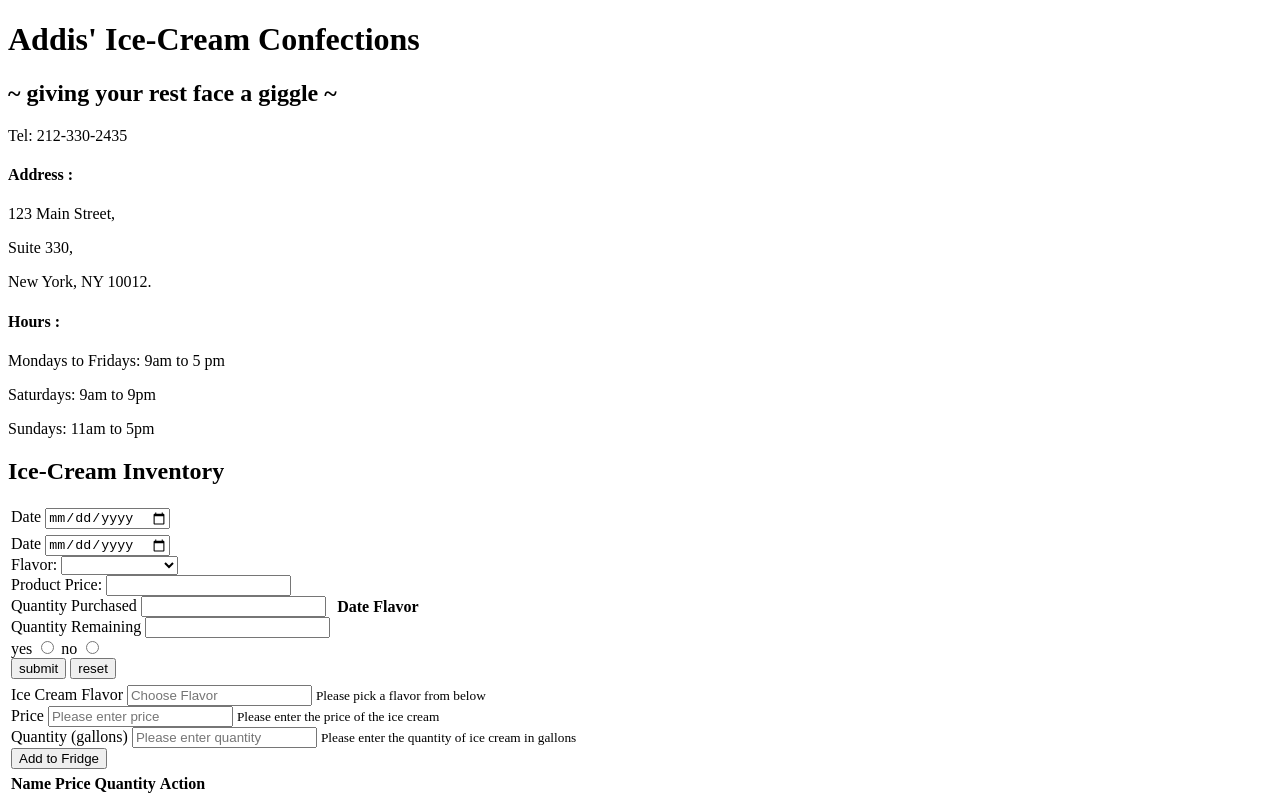
Repository: addisjackson/inventory-web-application
Page: index.html
An editor plug-in stored every save of this project. The page is shown before and after a run of saves, followed by the edit.
The browser window is 1280 px wide. The pictures show the whole page.

Above is the page before, as saved 2023-07-05 18:10:40.

After the next 4 saves:
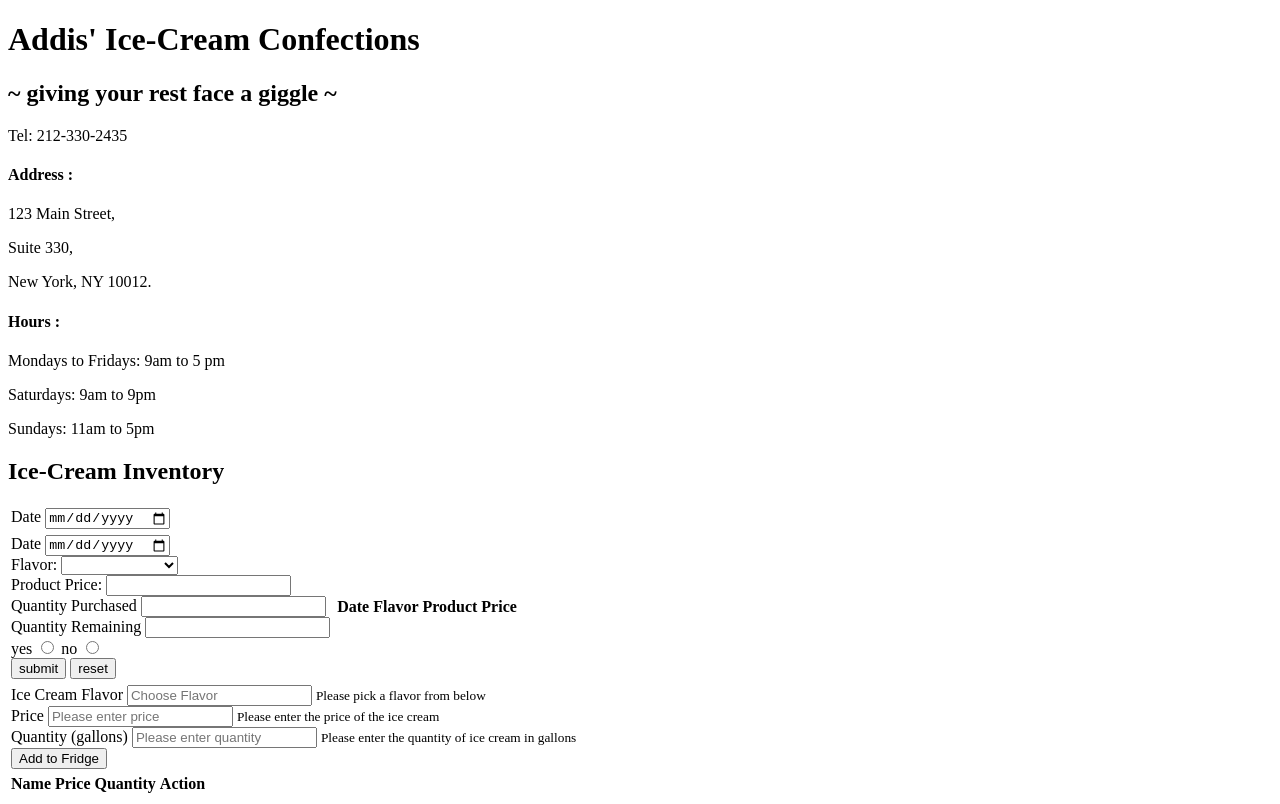
The 4 saves are shown as one change because they came seconds apart.
The last was saved 17 s later.
--- a/index.html
+++ b/index.html
@@ -125,7 +125,8 @@
                             <tr>
                                 <th>Date</th>
                                 <th>Flavor</th>
-                                <th> </th>
+                                <th>Product Price</th>
+                                <th></th>
                             </tr>
                         </thead>
                     </table>
